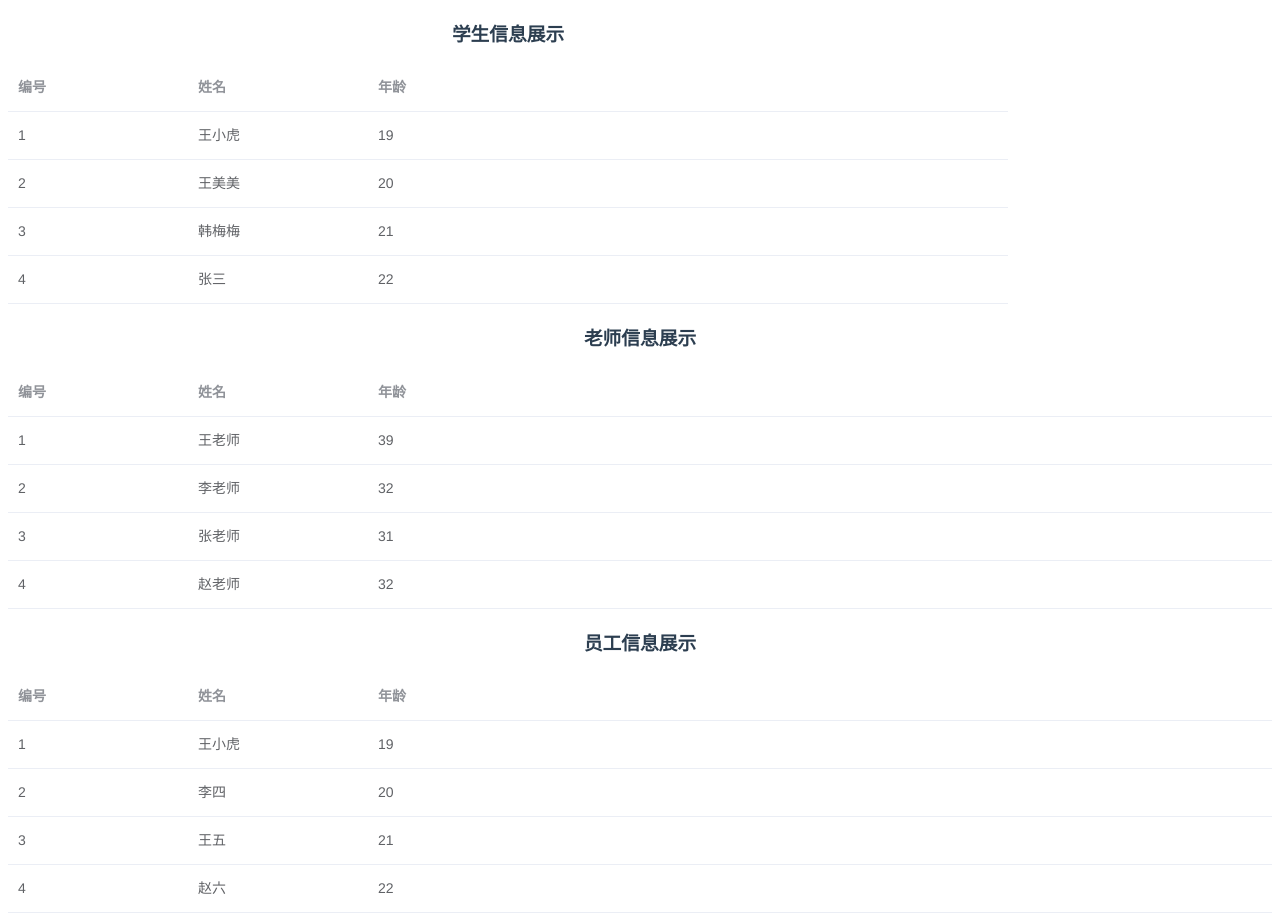
Repository: chang-meng-yun/vue_project
Page: /
The author's editor kept a copy of each file at every save. The page is drawn from the files as they stood at one save, then again after the next save.
The browser window is 1280 px wide. The pictures show the whole page.
The project was rebuilt for these pictures with package versions that can differ from the ones it lists, and the page was loaded fresh each time. Also part of the build but not shown: vue.config.js, src/VBindStudy.vue, src/HomeWork.vue, src/views/reHome.vue, src/FromFrame.vue, src/prents.vue, src/views/son.vue, src/components/HelloWorld.vue and 1 more.

Above is the page before, as saved 2024-06-27 16:05:49.

After the next save:
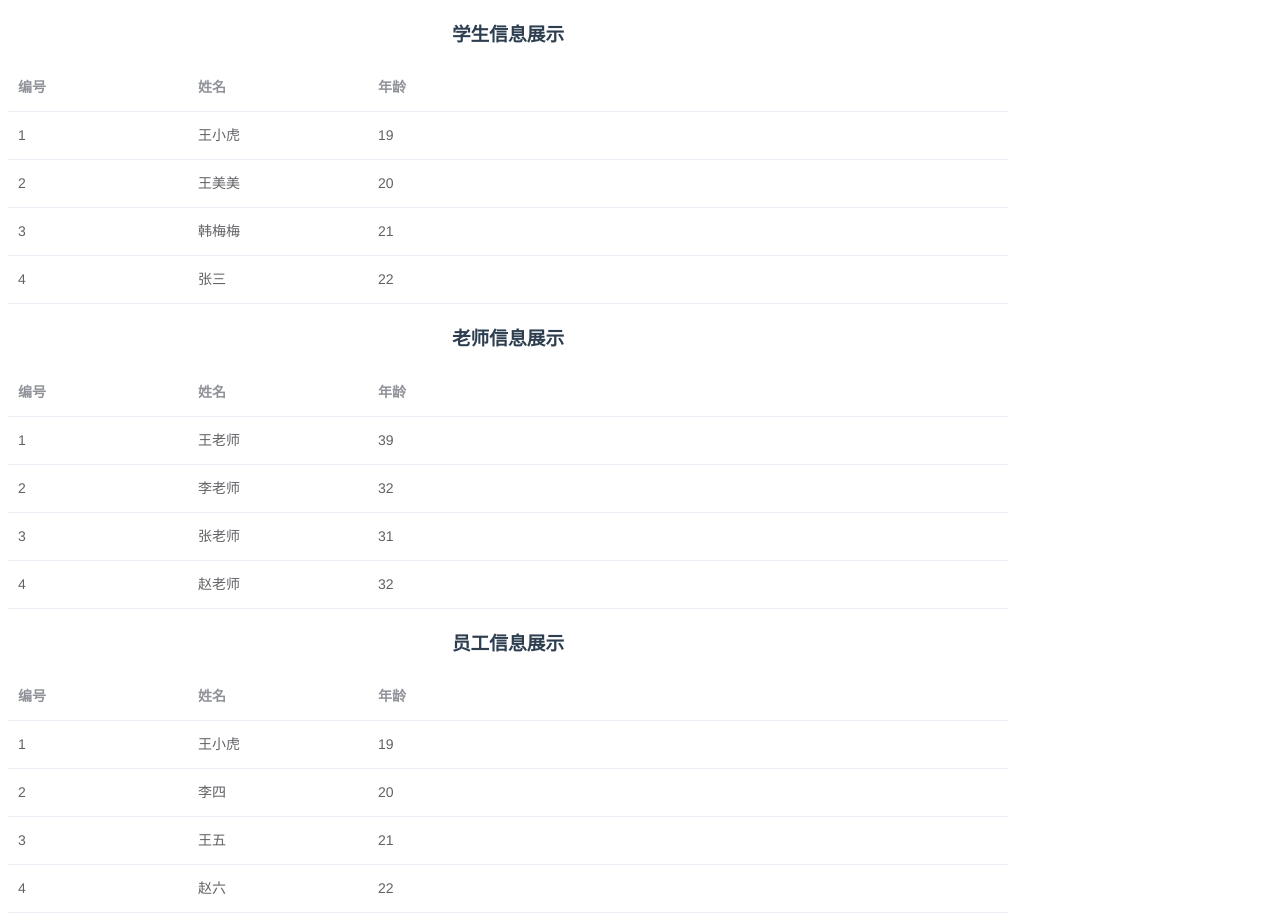
Saved 28 s later.
--- a/src/child.vue
+++ b/src/child.vue
@@ -1,6 +1,6 @@
 <template>
-    <div>
-        <div style="width: 1000px;">
+    <div  style="width: 1000px;">
+        <div>
          <h3>{{myTitle}}</h3>
          <!-- <img :src="mysrc" height="300px" width="300px"> -->
          <el-table
